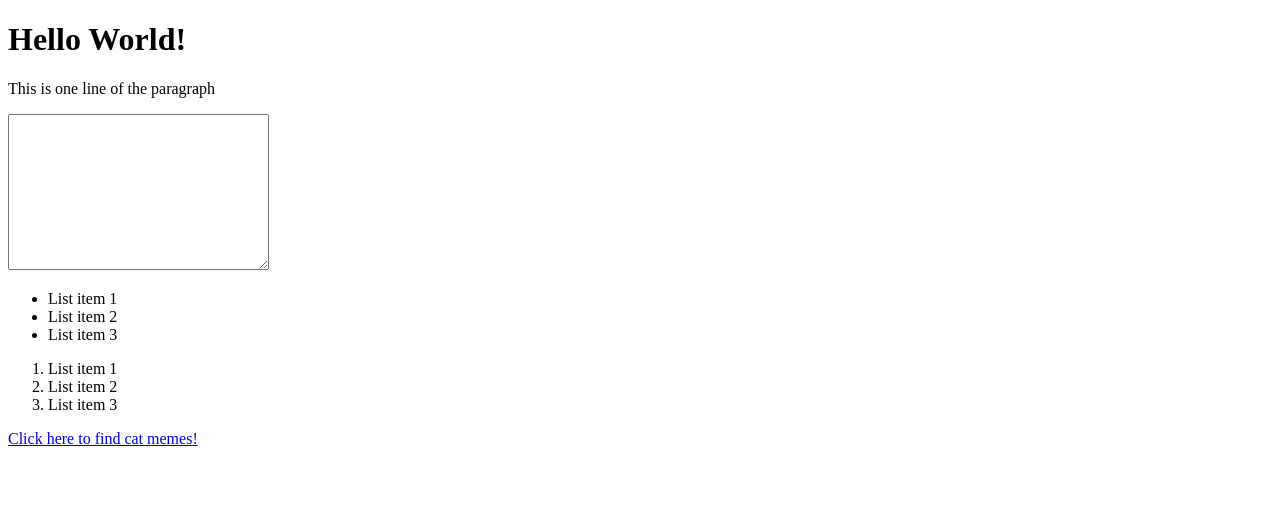
Repository: evemcd/udemy_javascript
Page: complete-javascript-course-master/02-Fundamentals-Part-2/starter/careerfoundry/index.html
These files come from the project's save history. The page is drawn as it stood at one moment and after the next save; the edit follows.
The browser window is 1280 px wide. The pictures show the whole page.

Above is the page before, as saved 2022-04-20 10:12:15.

### complete-javascript-course-master/02-Fundamentals-Part-2/starter/careerfoundry/index.html
<!DOCTYPE html>
<html lang="en">
<head>
    <title>My first website</title>
</head>
<body>
    <h1>Hello World!</h1>
    <p>This is one line of the paragraph</p>
    <textarea cols="30" rows="10"></textarea>
    <ul>
        <li>List item 1</li>
        <li>List item 2</li>
        <li>List item 3</li>
    </ul>
    <ol>
        <li>List item 1</li>
        <li>List item 2</li>
        <li>List item 3</li>
    </ol>

    <a href="https://google.com">Click here to find cat memes!</a>

    <div></div>
</body>
</html>

After the next save:
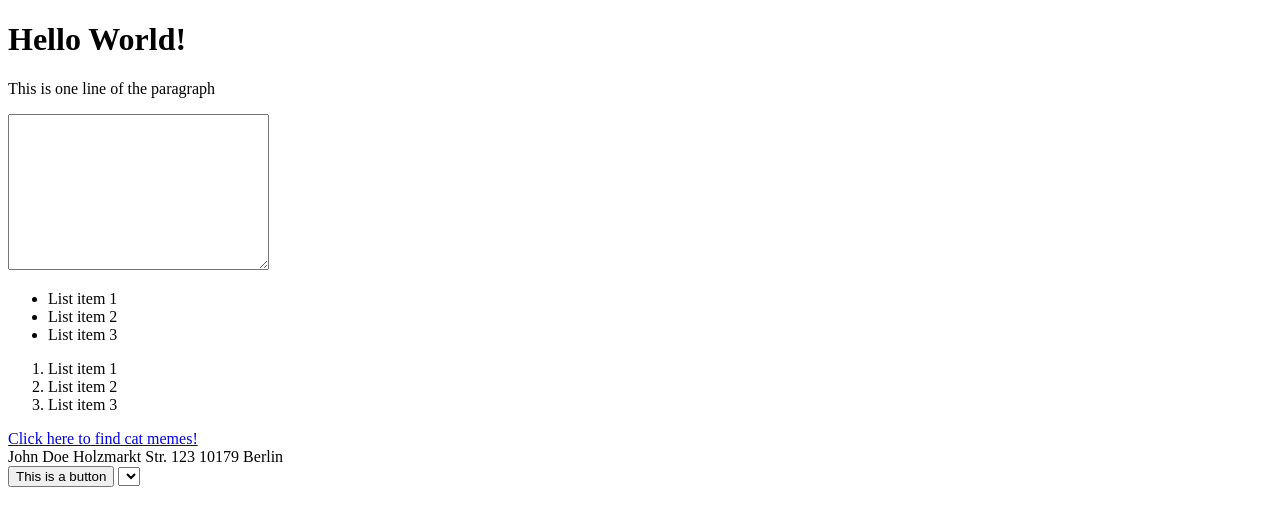
Saved 3 min 16 s later.
--- a/complete-javascript-course-master/02-Fundamentals-Part-2/starter/careerfoundry/index.html
+++ b/complete-javascript-course-master/02-Fundamentals-Part-2/starter/careerfoundry/index.html
@@ -20,6 +20,15 @@
 
     <a href="https://google.com">Click here to find cat memes!</a>
 
-    <div></div>
+    <div>
+        <span>John Doe</span>
+        <span>Holzmarkt Str. 123</span>
+        <span>10179 Berlin</span>
+    </div>
+
+    <form>
+        <button>This is a button</button>
+        <select></select>
+    </form>
 </body>
 </html>
